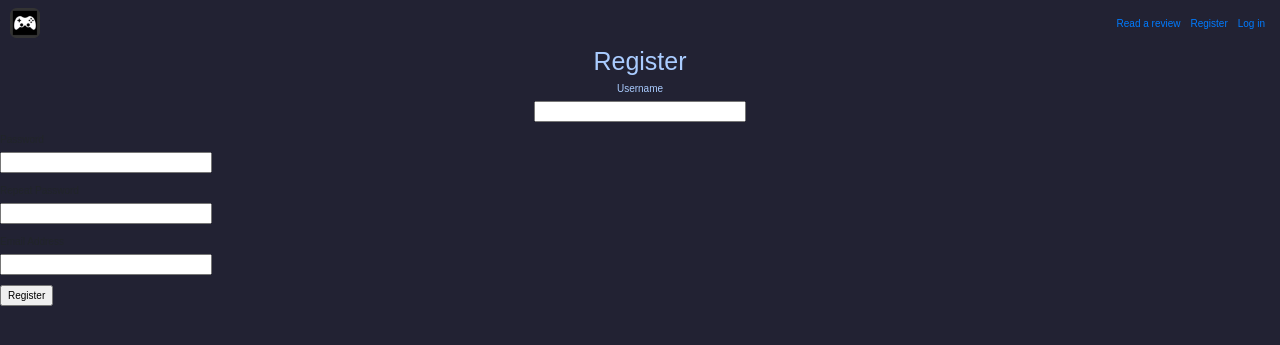
Repository: amit238/milestone-project-3
Page: http://localhost/register
The author's editor kept a record of every edit. The page is drawn from the files as they stood at one moment, then again after the next edit.
The browser window is 1280 px wide. The pictures show the whole page.
Some web libraries are served in a nearby version. The page is served by the project's application, run on Flask 3 (app.py).

Above is the page before.

### templates/register.html
{% extends "base.html" %}
{% block nav_register %}active{% endblock %}
{% block content %}
    <h1 class="color-center">Register</h1>
    {% with messages = get_flashed_messages() %}
        {% if messages %}
            <ul>
                {% for message in messages %}
                    <li class="alert-warning">{{ message }}</li>
                {% endfor %}
            </ul>
        {% endif %}
    {% endwith %}
    <form action="" method="post">
        {{ form.csrf_token }}
        <p class="color-center">
            {{ form.username.label }}<br>
            {{ form.username(size=32) }}<br
            {% for error in form.username.errors %}
                <span style="color: red;">{{ error }}</span>
            {% endfor %}
        </p>
        <p>
            {{ form.password.label }}<br>
            {{ form.password(size=32) }}<br>
            {% for error in form.password.errors %}
                <span style="color: red;">{{ error }}</span>
            {% endfor %}
        </p>
        <p>
            {{ form.password2.label }}<br>
            {{ form.password2(size=32) }}<br>
            {% for error in form.password2.errors %}
                <span style="color: red;">{{ error }}</span>
            {% endfor %}
        </p>
        <p>
            {{ form.email.label }}<br>
            {{ form.email(size=32) }}<br>
            {% for error in form.email.errors %}
                <span style="color: red;">{{ error }}</span>
            {% endfor %}
        </p>
        <p>{{ form.submit() }}</p>
    </form>
{% endblock %}

### templates/base.html
<!DOCTYPE html>
<html lang="en">

<head>
  <meta charset="UTF-8">
  <meta name="viewport" content="width=device-width, initial-scale=1.0">
  <meta http-equiv="X-UA-Compatible" content="ie=edge"> {% if title %}
  <title>GameScan - {{ title }} </title>
  {% else %}
  <title>Welcome to GameScan!</title>
  {% endif %}
  <link rel="stylesheet" href="https://maxcdn.bootstrapcdn.com/bootstrap/4.2.1/css/bootstrap.min.css" type="text/css" />
  <link rel="stylesheet" href="https://use.fontawesome.com/releases/v5.0.10/css/all.css" integrity="sha384-+d0P83n9kaQMCwj8F4RJB66tzIwOKmrdb46+porD/OvrJ+37WqIM7UoBtwHO6Nlg" crossorigin="anonymous">
  <link rel="stylesheet" href="{{url_for('static', filename='css/style.css')}}" type="text/css" />
  <link rel="shortcut icon" type="image/ico" href="{{ url_for('static', filename='img/favicon.ico') }}" />
</head>

<body>
  <header>
    <nav class="navbar navbar-expand-lg navbar-custom bg-custom ">
      <a class="navbar-brand" href="{{ url_for('index') }}">
       <img src="{{ url_for('static', filename='img/favicon.ico') }}" width="30" height="30" alt="">
  </a>
      <button class="navbar-toggler" type="button" data-toggle="collapse" data-target="#navbarNavAltMarkup" aria-controls="navbarNavAltMarkup" aria-expanded="false" aria-label="Toggle navigation">
    <span class="navbar-toggler-icon"></span>
  </button>
      <div class="collapse navbar-collapse" id="navbarNavAltMarkup">
        <div class="navbar-nav ml-auto">
          {% if session['logged_in'] == True %}
          <a class="nav-item nav-link" href="{{ url_for('reviews') }}">Read a review</a>
          <a class="nav-item nav-link" href="{{ url_for('addreview') }}">Write a review</a>
          <a class="nav-item nav-link" href="{{ url_for('logout') }}">Sign Out</a>
          {% else %}
          <a class="nav-item nav-link" href="{{ url_for('reviews') }}">Read a review</a>
          <a class="nav-item nav-link" href="{{ url_for('register') }}">Register</a>
          <a class="nav-item nav-link" href="{{ url_for('login') }}">Log in</a>
          {% endif %}
        </div>
      </div>
    </nav>
    {% block content %} {% endblock %}
  </header>
  <script src="https://code.jquery.com/jquery-3.5.1.js" integrity="sha256-QWo7LDvxbWT2tbbQ97B53yJnYU3WhH/C8ycbRAkjPDc=" crossorigin="anonymous"></script>
  <script src="https://cdnjs.cloudflare.com/ajax/libs/popper.js/1.14.6/umd/popper.min.js" integrity="sha384-wHAiFfRlMFy6i5SRaxvfOCifBUQy1xHdJ/yoi7FRNXMRBu5WHdZYu1hA6ZOblgut" crossorigin="anonymous"></script>
  <script src="https://stackpath.bootstrapcdn.com/bootstrap/4.2.1/js/bootstrap.min.js" integrity="sha384-B0UglyR+jN6CkvvICOB2joaf5I4l3gm9GU6Hc1og6Ls7i6U/mkkaduKaBhlAXv9k" crossorigin="anonymous"></script>
</body>

</html>

### app.py
import os
if os.path.exists("env.py"):
  import env
from flask import Flask, render_template, redirect, request, url_for, flash, session
from forms import LoginForm, RegisterForm, ReviewGameForm
from flask_pymongo import PyMongo
from bson.objectid import ObjectId
import bcrypt

app = Flask(__name__)
app.config["MONGO_DBNAME"] = 'game_scan'
app.config["MONGO_URI"] = os.environ.get('MONGO_URI')

mongo = PyMongo(app)

SECRET_KEY = os.urandom(32)
app.config['SECRET_KEY'] = SECRET_KEY



@app.route('/reviews')
def reviews():
    return render_template('reviews.html', title="Read a review!", game_reviews=mongo.db.game_reviews.find())







@app.route('/')
def index():
    return render_template('index.html', title="Home")






# Adding Log in

@app.route('/login', methods=['GET', 'POST'])
def login():
    """Login handler"""
    if session.get('logged_in'):
        if session['logged_in'] is True:
            return redirect(url_for('index', title="Log In"))

    form = LoginForm()

    if form.validate_on_submit():
        # get all users
        users = mongo.db.users
        # try and get one with same name as entered
        db_user = users.find_one({'name': request.form['username']})

        if db_user:
            # check password using hashing
            if bcrypt.hashpw(request.form['password'].encode('utf-8'),
                             db_user['password']) == db_user['password']:
                session['username'] = request.form['username']
                session['logged_in'] = True
                # successful redirect to home logged in
                return redirect(url_for('index', title="Sign In", form=form))
            # must have failed set flash message
            flash('Invalid username/password combination')
    return render_template("login.html", title="Sign In", form=form)





@app.route('/logout')
def logout():
    """Clears session and redirects to home"""
    session.clear()
    return redirect(url_for('index'))





# Adding in Register form

@app.route('/register', methods=['GET', 'POST'])
def register():
    """Handles registration functionality"""
    form = RegisterForm(request.form)
    if form.validate_on_submit():
        # get all the users
        users = mongo.db.users
        # see if we already have the entered username
        existing_user = users.find_one({'name': request.form['username']})

        if existing_user is None:
            # hash the entered password
            hash_pass = bcrypt.hashpw(request.form['password'].encode('utf-8'), bcrypt.gensalt())
            # insert the user to DB
            users.insert_one({'name': request.form['username'],
                          'password': hash_pass,
                          'email': request.form['email']})
            session['username'] = request.form['username']
            return redirect(url_for('index'))
        # duplcate username set flash message and reload page
        flash('Sorry, that username is already taken - use another')
        return redirect(url_for('register'))
    return render_template('register.html', title='Register', form=form)





# Adding a review

@app.route('/addreview', methods=['GET', 'POST'])
def addreview():

   # If user is not logged in a message will appear

    if 'logged_in' not in session:
        flash('To add a review you need to sign in', 'warning')
        return redirect(url_for('login'))

   # If form submits successfully

    form = ReviewGameForm(request.form)
    if request.method == 'POST':
        game_reviews=mongo.db.game_reviews
        print('inside')
        print('rating:' + request.form['rating'])
        # import pdb; pdb.set_trace()
        # add form content to db as a new record
        game_reviews.insert_one({
            'user_created': session['username'],
            'name': request.form['name'],
            'genre': request.form['genre'],
            'rating': request.form['rating'],
            'description': request.form['description'],
            })

        flash('Your Review has been added ', 'success')

        # send to my reviews template on successful add
        return redirect(url_for('reviews'))

    return render_template('addreview.html', form=form,
                           title='Add a Review')





# Editing a review

@app.route('/editreview/<id>', methods=['GET', 'POST'])
def editreview(id):

    # Users can edit a review if logged in

    if 'logged_in' not in session:
        # if a user trys to go to edit review without been logged in

        flash('You will need to log in to edit a review', 'warning')
        return redirect(url_for('login'))  # sending to log in

    one_review = mongo.db.game_reviews.find_one({'_id': ObjectId(id)})
    # retrieving record from db

    # if a user trys to go to edit review that they don't own
    if one_review['user_created'] != session['user_created']:
        flash('You do  not own this review and cannot edit it. ',
              'warning')
        return redirect(url_for('login'))  # sending to log in

    form = ReviewGameForm(data=one_review)

    if form.validate_on_submit():  # if form submits successfully
        game_reviews = mongo.db.game_reviews


        # add form content to db as a new record
        game_reviews.update_one({'_id': ObjectId(id)}, {'$set': {
            'name': request.form['name'],
            'genre': request.form['genre'],
            'rating': request.form['rating'],
            'description': request.form['description'],
            }})

        flash('Your review has been updated!', 'success')

        # send to my review template on successful addupdate
        return redirect(url_for('reviews', id=id))

    return render_template('editreview.html', form=form,
                           title='Edit a  Review')


# Delete a review

# If user is logged in and wants to delete a review

@app.route('/delete/<id>', methods=['GET', 'POST'])
def deletereview(id):

    if 'logged_in' not in session:

        flash('You need to log in to delete a review', 'warning')
        return redirect(url_for('login'))  # sending to log in

    # retrieving record from db

    # if a user trys to go to edit review that they don't own
    one_review = mongo.db.reviews.find_one({'_id': ObjectId(id)})

    # retrieving record from db

    # if a user trys to go to edit review that they don't own
    if one_review['username'] != session['username']:
        flash('You do not own this review and cannot delete it.' +
              ' A user can only edit or delete their own reviews',
              'warning')

        return redirect(url_for('index'))  # sending to log in

    flash("You have successfully deleted your review.",
          'warning')
    mongo.db.reviews.delete_one({'_id': ObjectId(id)})
    return redirect(url_for('index'))


if __name__ == '__main__':
    app.run(host=os.environ.get('IP'),
            port=int(os.environ.get('PORT')),
            debug=True)

### forms.py
from flask_wtf import FlaskForm
from wtforms import StringField, PasswordField, BooleanField, SubmitField, TextAreaField, SelectField
from wtforms.validators import DataRequired, Length, EqualTo, Email


class LoginForm(FlaskForm):
    username = StringField('Username', validators=[DataRequired()])
    password = PasswordField('Password', validators=[DataRequired()])
    remember_me = BooleanField('Remember Me')
    submit = SubmitField('Sign In')


class RegisterForm(FlaskForm):
    username = StringField('Username', validators=[DataRequired(),
                                                   Length(min=4, max=20)])
    password = PasswordField('Password',
                             validators=[DataRequired(),
                                         EqualTo('password2', message='Passwords must match')])
    password2 = PasswordField('Repeat Password')
    email = StringField('Email Address', validators=[Length(min=6, max=35), Email()])
    remember_me = BooleanField('Remember Me')
    submit = SubmitField('Register')


class ReviewGameForm(FlaskForm):

    user_created = StringField('User Created', validators=[DataRequired(), Length(min=1, max=100)])

    name = StringField('Name', validators=[DataRequired(),Length(min=1, max=150)])

    genre = SelectField(u'Genre', choices=[
        ('action/adventure', 'Action/Adventure'),
        ('sports', 'Sports'),
        ('shooters', 'Shooters'),
        ('role-playing', 'Role-Playing'),
        ('racing', 'Racing'),
        ])

    rating = SelectField(u'Rating', choices=[
        ('1', '1'),
        ('2', '2'),
        ('3', '3'),
        ('4', '4'),
        ('5', '5'),
        ('6', '6'),
        ('7', '7'),
        ('8', '8'),
        ('9', '9'),
        ('10', '10'),
        ])

    description = TextAreaField('Description', validators=[DataRequired(), Length(min=2, max=1500)])

    submit_add = SubmitField('Add Review')
    submit_edit = SubmitField('Update Review')

### static/css/style.css
html {
  font-size: 10px;
}

body {
  padding: 0;
  margin: 0;
  background-color: #222233;
  font-family: 'Poppins', sans-serif;
  ;
}

/*----Navbar----*/

/*----Homepage----*/

.padding-text-align {
  padding-top: 5em;
  text-align: center;
}

.homepage-card {
  font-size: large;
  background-color: rgba(34, 34, 51, 0.5);
  border-radius: 2em;
  border-width: thick;
  animation: fade-cards-in 2s ease-out;
  margin-bottom: 5px;
  color: #AACCFF
}

@keyframes fade-cards-in {
  0% {
    opacity: .5;
    transform: translateY(30px);
  }
  80% {
    transform: translateY(3px);
  }
  100% {
    opacity: 1;
    transform: translate(0);
  }
}

.background {
  background-image: url('../img/night.jpg');
  background-color: #222233;
  background-size: cover;
  background-repeat: no-repeat;
  height: 100vh;
}

.homepage {
  padding-top: 15em;
  text-align: center;
}

/*----Add Review----*/
/*-some css also in reviews.html to stop repeating-*/

.form-bg {
  background-color: #222233;
  margin-top: 2em;
}

.form-text {
  color: #AACCFF;
  font-size: 1.4rem;
  border-width: thick;
}

.form-btn {
  text-align: center;
  background-color: #222233;
}
.center-header {
  text-align: center;
}

/*----Reviews----*/

.center {
  text-align: center;
  border-width: thick;
}

.description {
  margin-top: 1em;
  font-weight: 800;
  text-align: left;
}


/*----Register----*/
/*-some css also in login.html to stop repeating-*/

.color-center {
  color: #AACCFF;
  text-align: center;
}

.padding-top {
  padding-top: 1em;
}


.border-box {
  border-radius: 1rem;
}

After the next edit:
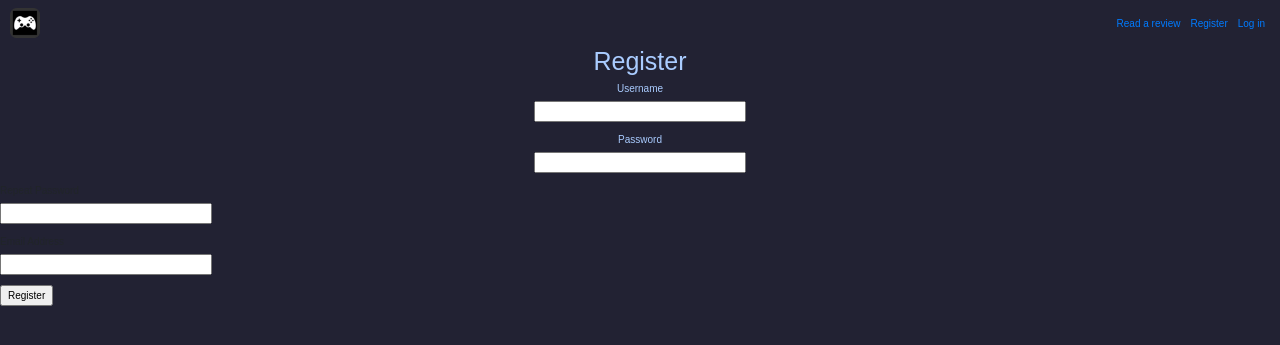
The edit:
--- a/templates/register.html
+++ b/templates/register.html
@@ -20,7 +20,7 @@
                 <span style="color: red;">{{ error }}</span>
             {% endfor %}
         </p>
-        <p>
+        <p class="color-center">
             {{ form.password.label }}<br>
             {{ form.password(size=32) }}<br>
             {% for error in form.password.errors %}
